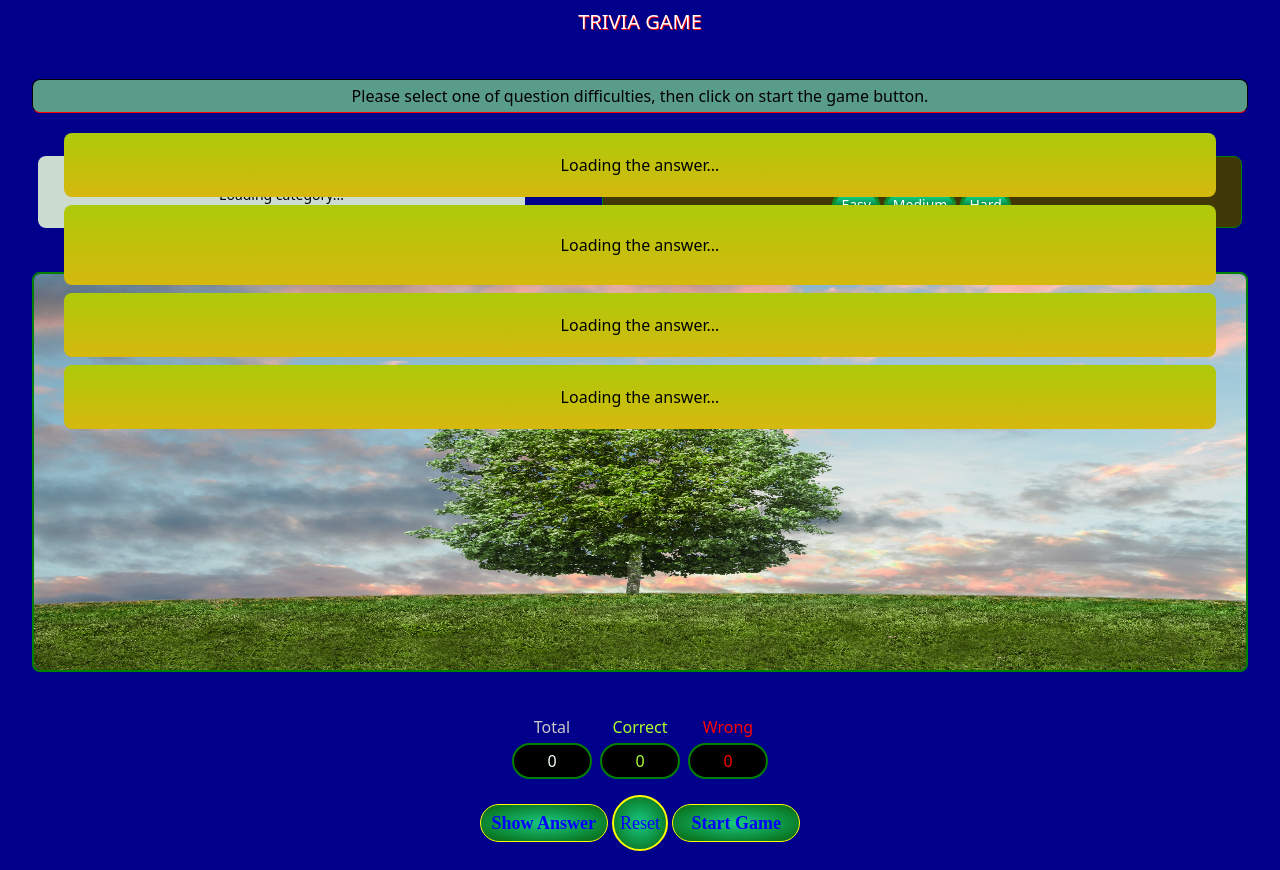
Repository: ShindanoSingi/bembe-trivia
Page: index.html
The author's editor kept a copy of each file at every save. The page is drawn from the files as they stood at one save, then again after the next save.
The browser window is 1280 px wide. The pictures show the whole page.
Some web libraries are served in a nearby version.

Above is the page before, as saved 2022-09-08 00:56:36.

After the next save:
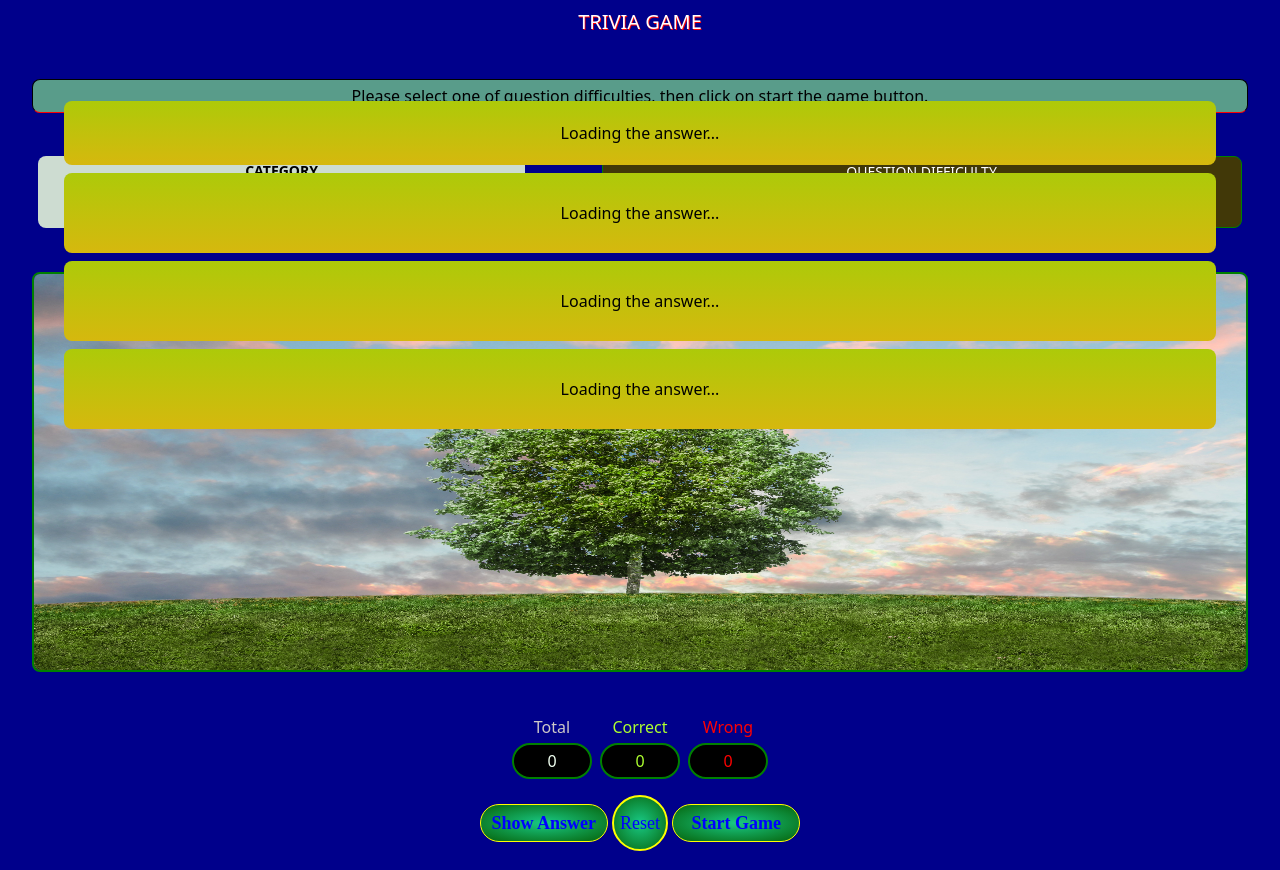
Saved 14 s later.
--- a/index.html
+++ b/index.html
@@ -35,11 +35,11 @@
             <div class="imgAndQuestions">
                 <img class="w-[95vw] h-[25rem] mx-auto" src="pexels-skitterphoto-9198.jpg" alt="nature image">
                 <div class="answersButtons absolute bottom-[18.2rem] ml-[5vw] flex space-y-2 items-center  flex-col">
-                    <button class="showAnswer w-[90vw] p-1 absolute bottom-[17rem] mx-auto text-sm h-[4rem]">Loading the answer...</button>
+                    <button class="showAnswer w-[90vw] p-1 absolute bottom-[17rem] mx-auto text-sm h-[5rem]">Loading the answer...</button>
                     <button class="response w-[90vw] p-1 text-center text-md h-[4rem]" id="response1">Loading the answer...</button>
                     <button class="response w-[90vw] p-1 text-md h-[5rem]" id="response2">Loading the answer...</button>
-                    <button class="response w-[90vw] p-1 text-md h-[4rem]" id="response3">Loading the answer...</button>
-                    <button class="response w-[90vw] p-1 text-md h-[4rem]" id="response4">Loading the answer...</button>
+                    <button class="response w-[90vw] p-1 text-md h-[5rem]" id="response3">Loading the answer...</button>
+                    <button class="response w-[90vw] p-1 text-md h-[5rem]" id="response4">Loading the answer...</button>
                     </div>
                 </div>
 
